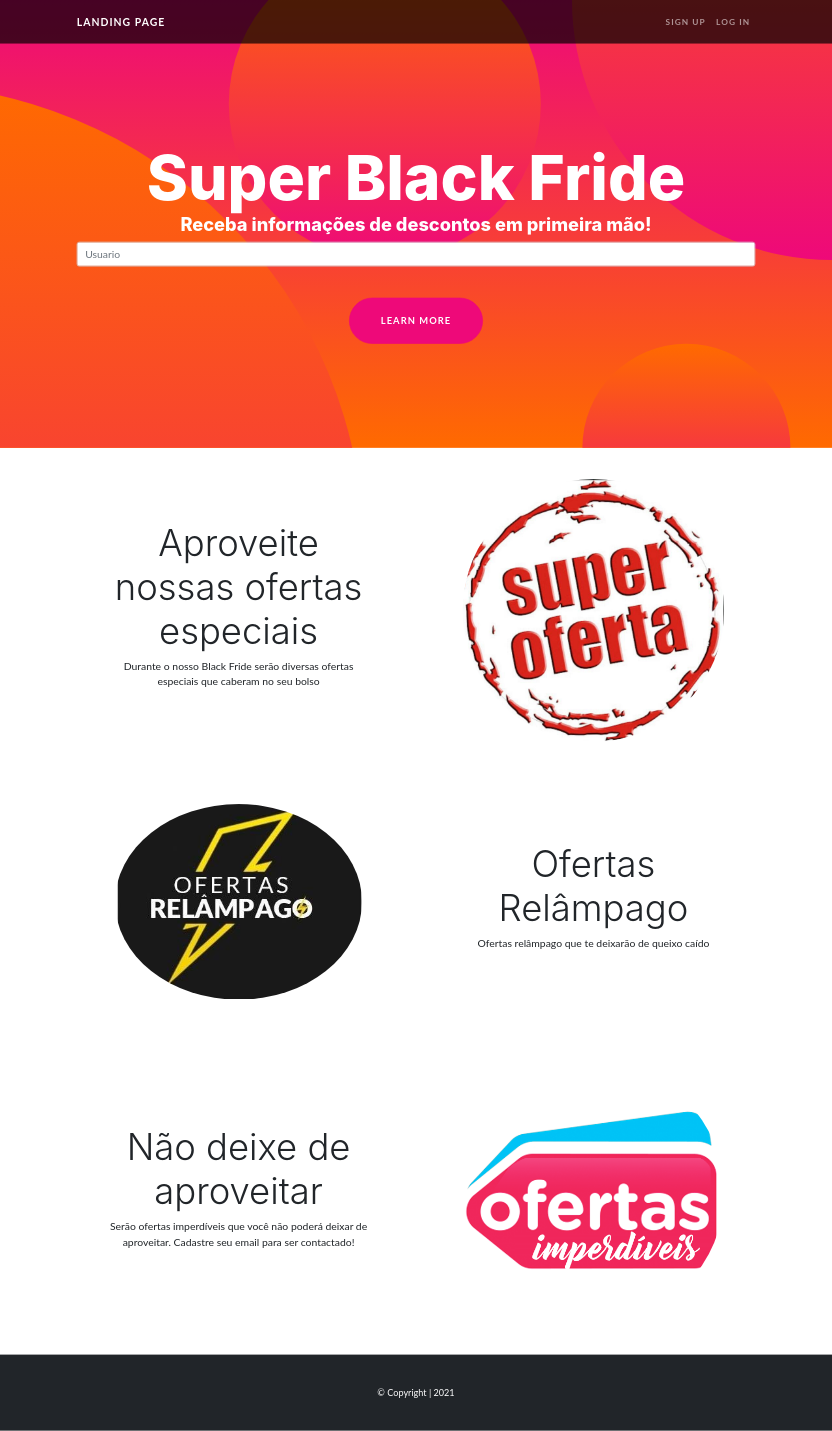
Repository: jrfalcao/landing-page
Page: /
An editor plug-in stored every save of this project. The page is shown before and after the next save, followed by the edit.
The browser window is 1280 px wide. The pictures show the whole page, at 65% of full size.
The project was rebuilt for these pictures with package versions that can differ from the ones it lists, and the page was loaded fresh each time.

Above is the page before, as saved 2021-07-18 22:16:20.

### src/App.js
import NavBar from './Components/NavBar';
import Header from './Components/Header';
import Promotion from './Components/Promotion';
import Footer from './Components/Footer';

import './assets/css/App.css';
import Image01 from './assets/img/super_oferta.jpg'
import Image02 from './assets/img/oferta_relampago.jpg'
import Image03 from './assets/img/ofertas_imperdiveis.png'


function App() {
  return (
    <div className="App">
      <NavBar />
      <Header />
      <Promotion
        imageDir={true}
        imgUrl={Image01}
        promoTitle="Aproveite nossas ofertas especiais"
        description="Durante o nosso Black Fride serão diversas ofertas especiais que caberam no seu bolso"
      />
      <Promotion
        imageDir={false}
        imgUrl={Image02}
        promoTitle="Ofertas Relâmpago"
        description="Ofertas relâmpago que te deixarão de queixo caído"
      />
      <Promotion
        imageDir={true}
        imgUrl={Image03}
        promoTitle="Não deixe de aproveitar"
        description="Serão ofertas imperdíveis que você não poderá deixar de aproveitar. Cadastre seu email para ser contactado!"
      />

      <Footer />
    </div>
  );
}

export default App;

### src/Components/NavBar.js
export default function NavBar() {
	return (
		<nav className="navbar navbar-expand-lg navbar-dark navbar-custom fixed-top">
			<div className="container px-5">
				<a className="navbar-brand" href="#page-top">Landing Page</a>
				<button className="navbar-toggler" type="button" data-bs-toggle="collapse" data-bs-target="#navbarResponsive" aria-controls="navbarResponsive" aria-expanded="false" aria-label="Toggle navigation"><span className="navbar-toggler-icon"></span></button>
				<div className="collapse navbar-collapse" id="navbarResponsive">
					<ul className="navbar-nav ms-auto">
						<li className="nav-item"><a className="nav-link" href="#!">Sign Up</a></li>
						<li className="nav-item"><a className="nav-link" href="#!">Log In</a></li>
					</ul>
				</div>
			</div>
		</nav>
	);
}

### src/Components/Header.js
import React, {useState} from 'react';

export default function Header() {
	const [ email, setEmail ] = useState('');

	return (
		<header className="masthead text-center text-white">
			<div className="masthead-content">
				<div className="container px-5">
					<h1 className="masthead-heading mb-0">Super Black Fride</h1>
					<h3 className="mb-2">Receba informações de descontos em primeira mão!</h3>
					<input className="form-control" value={email} placeholder="Usuario" onChange={ e => setEmail(e.target.value)} />
					<a className="btn btn-primary btn-xl rounded-pill mt-5" href="#scroll">Learn More</a>
				</div>
			</div>
			<div className="bg-circle-1 bg-circle"></div>
			<div className="bg-circle-2 bg-circle"></div>
			<div className="bg-circle-3 bg-circle"></div>
			<div className="bg-circle-4 bg-circle"></div>
		</header>
	);
}

### src/Components/Promotion.js
import React from 'react';

export default function Promotion(props) {
	return (
		<section id="scroll">
			<div className="container px-5">
				<div className="row gx-5 align-items-center">
					<div className={props.imageDir ? "col-lg-6 order-lg-2" : 'col-lg-6'}>
						<div className="p-5"><img className="img-fluid rounded-circle" src={props.imgUrl} alt={props.promoTitle} /></div>
					</div>
					<div className={props.imageDir ? "col-lg-6 order-lg-1" : 'col-lg-6'}>
						<div className="p-5">
							<h2 className="display-4">{props.promoTitle}</h2>
							<p>{props.description}</p>
						</div>
					</div>
				</div>
			</div>
		</section>
	);
}

### src/Components/Footer.js
import React from 'react';

export default function Footer() {

	return (
		<footer className="py-5 bg-dark">
			<div className="container px-5"><p className="m-0 text-center text-white small">&copy; Copyright | 2021</p></div>
		</footer>
	);
}

Loaded but not shown: public/index.html (common file); src/index.js (common file); src/index.css (library); src/reportWebVitals.js (common file); src/assets/css/App.css (common file)

After the next save:
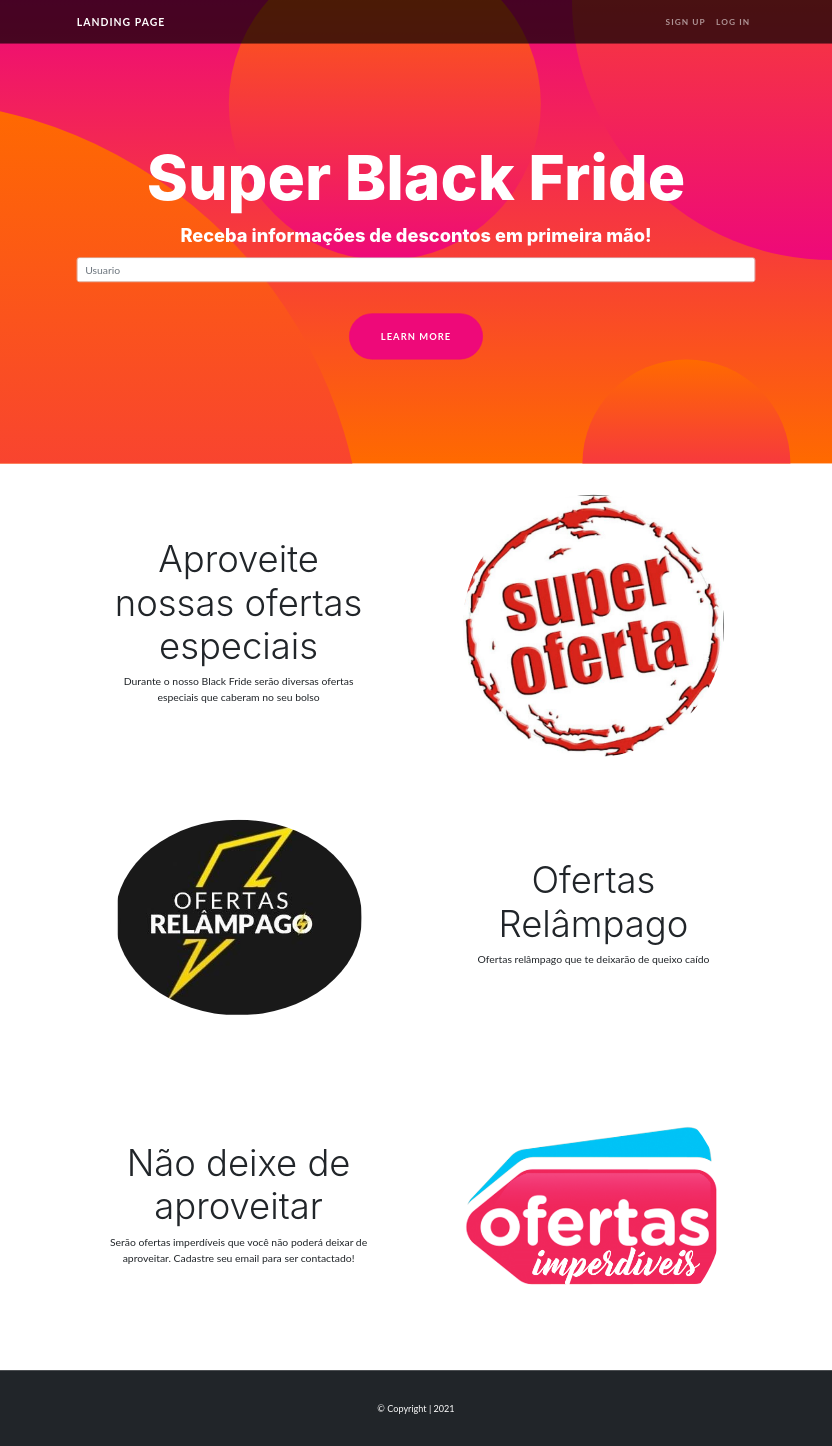
Saved 27 s later.
--- a/src/Components/Header.js
+++ b/src/Components/Header.js
@@ -8,7 +8,7 @@ export default function Header() {
 			<div className="masthead-content">
 				<div className="container px-5">
 					<h1 className="masthead-heading mb-0">Super Black Fride</h1>
-					<h3 className="mb-2">Receba informações de descontos em primeira mão!</h3>
+					<h3 className="m-3">Receba informações de descontos em primeira mão!</h3>
 					<input className="form-control" value={email} placeholder="Usuario" onChange={ e => setEmail(e.target.value)} />
 					<a className="btn btn-primary btn-xl rounded-pill mt-5" href="#scroll">Learn More</a>
 				</div>
